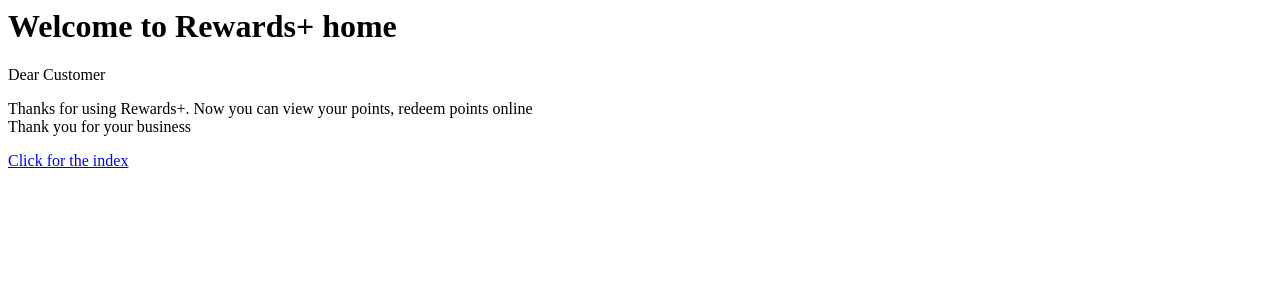
Repository: ahpraveen/springbootdemo
Page: demo/src/main/resources/static/home.html
The author's editor kept a copy of each file at every save. The page is drawn from the files as they stood at one save, then again after the next save.
The browser window is 1280 px wide. The pictures show the whole page.

Above is the page before, as saved 2018-01-21 23:21:04.

### demo/src/main/resources/static/home.html
<html>
<head>
<title>Home - Rewards+</title>
</head>
<body>
<h1> Welcome to Rewards+ home</h1>
<p> Dear Customer</p>
<p> Thanks for using Rewards+. Now you can view your points, redeem points online <br>
    Thank you for your business </p>
<a href=".././index.html">Click for the index</a>
</body>
</html>

After the next save:
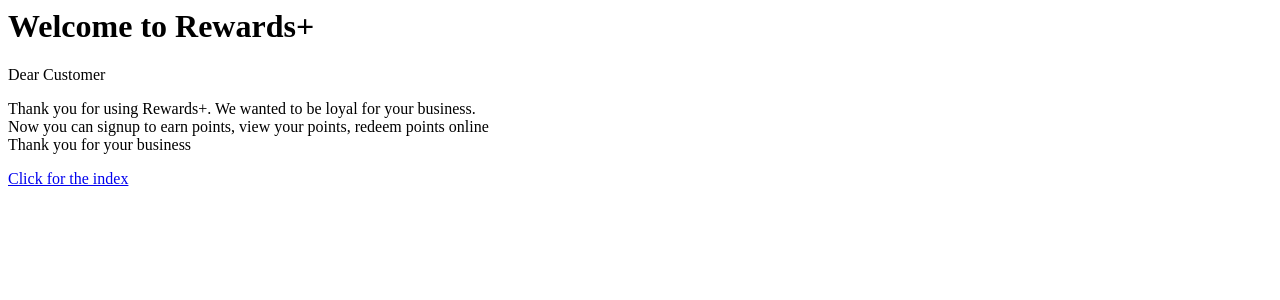
Saved 2 min 32 s later.
--- a/demo/src/main/resources/static/home.html
+++ b/demo/src/main/resources/static/home.html
@@ -3,9 +3,9 @@
 <title>Home - Rewards+</title>
 </head>
 <body>
-<h1> Welcome to Rewards+ home</h1>
+<h1> Welcome to Rewards+</h1>
 <p> Dear Customer</p>
-<p> Thanks for using Rewards+. Now you can view your points, redeem points online <br>
+<p> Thank you for using Rewards+. We wanted to be loyal for your business. <br> Now you can signup to earn points, view your points, redeem points online <br>
     Thank you for your business </p>
 <a href=".././index.html">Click for the index</a>
 </body>
